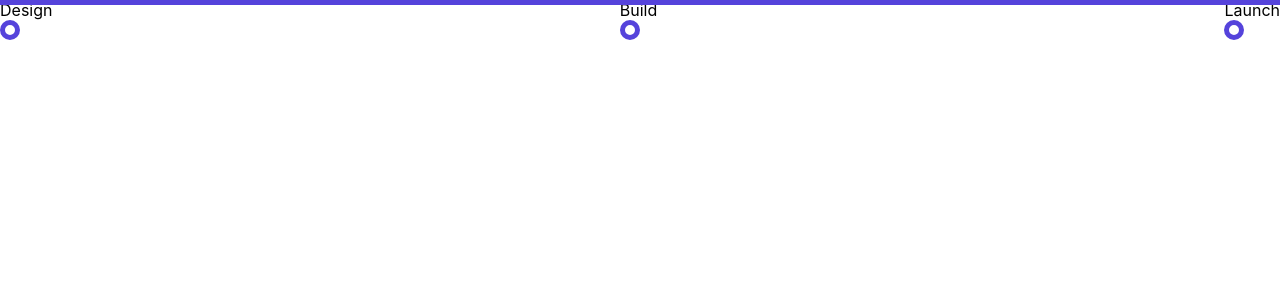
Repository: remrtehno/StepProgressBar
Page: /
These files come from the project's save history. The page is drawn as it stood at one moment and after a run of saves; the edit follows.
The browser window is 1280 px wide. The pictures show the whole page.
The project was rebuilt for these pictures with package versions that can differ from the ones it lists, and the page was loaded fresh each time.

Above is the page before, as saved 2021-05-30 23:08:19.

### src/App.tsx
import './App.css';
import ProgressBar from './ProgressBar/ProgressBar';
import labels from './mockup/data';

function App() {
  return (
    <div className="App">
      <ProgressBar labels={labels} />
    </div>
  );
}

export default App;

### src/App.css
:root {
  --main-color: #5543db;
}

### src/ProgressBar/ProgressBar.tsx
import { FC } from "react";
import Ball from "./Ball";
import Progress from "./Progress";
import s from './ProgressBar.module.scss'

declare namespace ProgressBarProps {
  export type Labels = {
    label: string,
  }
  export type Props = {
    labels: Labels[],
  }
}

const ProgressBar: FC<ProgressBarProps.Props> = (props) => {
  return (
    <div className={s.ProgressBar}>
      { props.labels && props.labels.map((item, index) =>
        <Ball label={item.label} key={index} />
      )}
      <Progress />
    </div>
  )
}

export default ProgressBar;

### src/mockup/data.ts
export default [
  { label: "Design", active: true, },
  { label: "Build", active: true, },
  { label: "Launch", active: true, },
]

### src/ProgressBar/Ball.tsx
import { FC } from 'react';
import s from './ProgressBar.module.scss'

const Ball:FC<{label: string}> = (props) => {
  return <div>
    {props.label}
    <div className={s.Ball} />
  </div>
}

export default Ball;

### src/ProgressBar/Progress.tsx
import s from './ProgressBar.module.scss'

function Progress() {
  return <div className={s.Progress} />
}

export default Progress;

### src/ProgressBar/ProgressBar.module.scss
.ProgressBar {
  position: relative;
  display: flex;
  justify-content: space-between;
}

.Ball {
  width: 10px;
  height: 10px;
  border-radius: 100%;
  border: 5px solid var(--main-color);
  background-color: white;
}

.Progress {
  height: 5px;
  background-color: var(--main-color);
  position: absolute;
  left: 0;
  right: 0;
}

Loaded but not shown: public/index.html (common file); src/index.tsx (common file); src/index.css (common file); src/reportWebVitals.ts (common file)

After the next 2 saves:
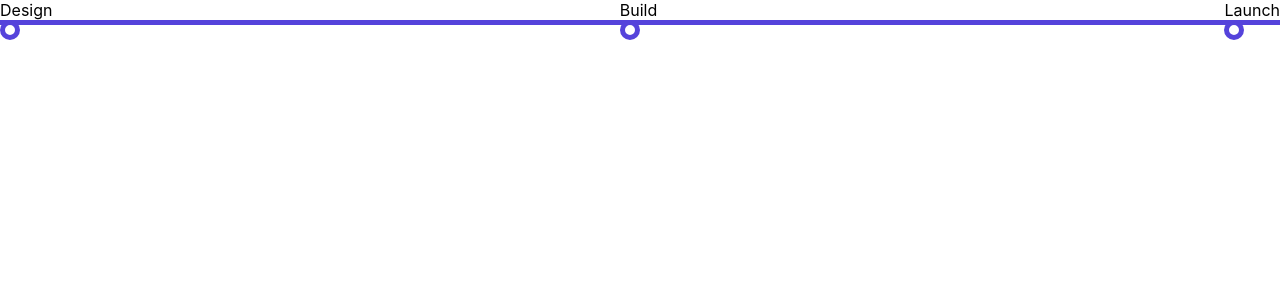
The 2 saves are shown as one change because they came seconds apart.
The last was saved 7 s later.
--- a/src/ProgressBar/ProgressBar.module.scss
+++ b/src/ProgressBar/ProgressBar.module.scss
@@ -18,4 +18,6 @@
   position: absolute;
   left: 0;
   right: 0;
+  top: 50%;
+  transform: tr;
 }
